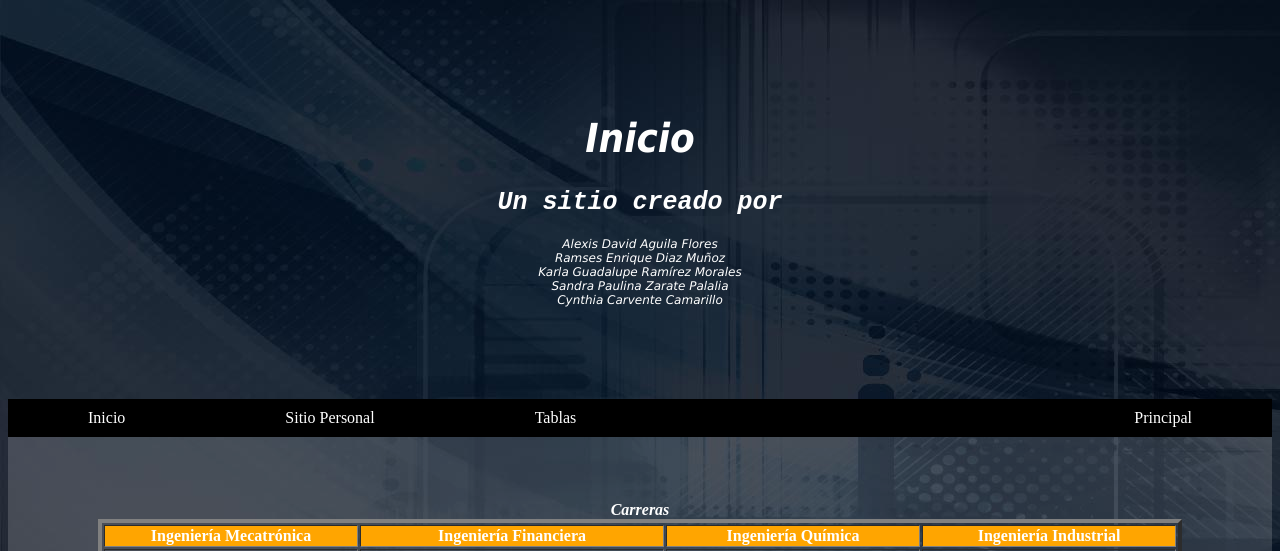
Repository: Dogueen/miniProyectoUniversidad
Page: miniProyecto/pages/inicio.html
The author's editor kept a copy of each file at every save. The page is drawn from the files as they stood at one save, then again after the next save.
The browser window is 1280 px wide. The pictures show the part of the page from y = 0 to 551 px (the page is 1902 px tall).
Pictures or frames that could not be fetched are drawn as grey boxes.

Above is the page before, as saved 2023-10-31 12:13:40.

### miniProyecto/pages/inicio.html
<!DOCTYPE html>
<html lang="es">

<head>
    <title>Inicio</title>
    <meta charset="UTF-8">
    <meta name="viewport" content="width=device-width, initial-scale=1">
    <link rel="stylesheet" type="text/css" href="../styles/inicio.css" />

    <style>
    </style>
</head>

<body>

    <div class="header">
        <h1>Inicio</h1>
        <h2> Un sitio creado por</h2>
        <dl>
            <dt>Alexis David Aguila Flores</dt>
            <dt>Ramses Enrique Diaz Muñoz</dt>
            <dt>Karla Guadalupe Ramírez Morales</dt>
            <dt>Sandra Paulina Zarate Palalia</dt>
            <dt>Cynthia Carvente Camarillo</dt>
        </dl>
    </div>

    <div class="navbar">
        <a href="inicio.html">Inicio</a>
        <a href="personal.html">Sitio Personal</a>
        <a href="tablas.html">Tablas</a>
        <a href="../principal.html" class="right">Principal</a>
    </div>

    <div class="row">
        <div class="side">
            <center>
                <p style="color: #fff;">
                    Visión: <br>
                    Nuestra visión en la Universidad Imaginaria es ser reconocida como líder en la promoción de <br>
                    la excelencia académica y la innovación en la enseñanza y la investigación. Buscamos <br>
                    inspirar a nuestros estudiantes a alcanzar su máximo potencial y contribuir al desarrollo de <br>
                    una sociedad globalmente competente y sostenible<br>
                    <br>
                    Misión: <br>
                    La misión de la Universidad Imaginaria es proporcionar una educación de calidad que <br>
                    fomente la formación integral de nuestros estudiantes. Nos comprometemos a cultivar el <br>
                    pensamiento crítico, la creatividad y el compromiso cívico. Además, impulsamos la <br>
                    investigación y la generación de conocimiento que contribuyan a resolver los desafíos <br>
                    contemporáneos y mejorar la calidad de vida.<br>
                    <br>
                    Carreras: <br>
                    En la Universidad Imaginaria, ofrecemos una amplia gama de carreras en diversas <br>
                    disciplinas. Esto incluye programas de pregrado y posgrado en ciencias, tecnologías y <br>
                    ingenierías Nuestra oferta académica incluye carreras como Ingeniería Mecatrónica, <br>
                    Ingeniería Financiera, Ingeniería Química, Ingeniería Industrial, Ingeniería en Biotecnología, <br>
                    Ingeniería en Tecnologías de la Información, Ingeniería en Sistemas Automotrices<br>
                    y maestrai en Ingeniería. Nuestro objetivo es preparar a <br>
                    nuestros estudiantes para sobresalir en sus campos de elección y contribuir de manera <br>
                    significativa a la sociedad.
                </p>
            </center>
        </div>
        <div class="main">
            <center>
                <div class="table-wrapper">
                    <table border="4">
                        <center>
                            <caption style="color: #fff;"><b><i>Carreras</i></b></caption>
                        </center>
                        <thead>
                            <tr style="background-color: orange; color: #fff;">
                                <th>Ingeniería Mecatrónica</th>
                                <th>Ingeniería Financiera</th>
                                <th>Ingeniería Química</th>
                                <th>Ingeniería Industrial</th>
                            </tr>
                        </thead>
                        <tbody>
                            <tr>
                                <center>
                                    <td> <img
                                            src="https://campusvirtual.uptlax.edu.mx/pluginfile.php/114070/block_cocoon_pills/slides/1/MEC.jpg"
                                            alt="descripcion de la imagen" width="250" height="250"></td>
                                </center>
                                <td> <img
                                        src="https://campusvirtual.uptlax.edu.mx/pluginfile.php/114070/block_cocoon_pills/slides/2/FIN.jpg"
                                        alt="descripcion de la imagen" width="300" height="250"></td>
                                <td> <img
                                        src="https://campusvirtual.uptlax.edu.mx/pluginfile.php/114070/block_cocoon_pills/slides/3/QUI.jpg"
                                        alt="descripcion de la imagen" width="250" height="250"></td>
                                <td> <img
                                        src="https://campusvirtual.uptlax.edu.mx/pluginfile.php/114070/block_cocoon_pills/slides/4/IND.jpg"
                                        alt="descripcion de la imagen" width="250" height="250"></td>
                            </tr>

                            <tr>
                                <center>
                                    <td> <img
                                            src="https://campusvirtual.uptlax.edu.mx/pluginfile.php/114070/block_cocoon_pills/slides/5/BIO.jpg"
                                            alt="descripcion de la imagen" width="250" height="250"></td>
                                    <td> <img
                                            src="https://campusvirtual.uptlax.edu.mx/pluginfile.php/114070/block_cocoon_pills/slides/6/TI.jpg"
                                            alt="descripcion de la imagen" width="300" height="250"></td>
                                    <td> <img
                                            src="https://campusvirtual.uptlax.edu.mx/pluginfile.php/114070/block_cocoon_pills/slides/7/AUT.jpg"
                                            alt="descripcion de la imagen" width="250" height="250"></td>
                                    <td> <img
                                            src="https://campusvirtual.uptlax.edu.mx/pluginfile.php/114070/block_cocoon_pills/slides/8/MTRIA.jpg"
                                            alt="descripcion de la imagen" width="250" height="250"></td>
                                </center>
                            </tr>
                        </tbody>
                        <tfoot>
                            <tr style="background-color: orange; color: #fff;">
                                <th>Ingeniería en Biotecnología</th>
                                <th>Ingeniería en Tecnologías de la Información</th>
                                <th>Ingeniería en Sistemas Automotrices</th>
                                <th>Maestria en Ingeniería</th>
                            </tr>
                        </tfoot>
                    </table>
                </div>
            </center>
            <center>
                <p style="color: #fff;">
                    Información Libre: <br>
                    En la Universidad Imaginaria, creemos en el acceso abierto a la información. Nuestra <br>
                    biblioteca es una fuente rica de recursos impresos y electrónicos que están disponibles para <br>
                    todos los estudiantes, profesores y personal. Además, promovemos la participación en <br>
                    conferencias, seminarios y charlas que enriquecen la experiencia académica y ofrecemos <br>
                    acceso a plataformas en línea donde los estudiantes pueden acceder a materiales <br>
                    educativos de calidad de forma gratuita. Fomentamos la investigación abierta y la <br>
                    colaboración académica para impulsar el crecimiento del conocimiento.
                </p>
            </center>
        </div>
    </div>


</body>

</html>

### miniProyecto/styles/inicio.css
body {
    background-image: url("../images/bg-img.jpg");
}

.header {
    padding: 80px;
    text-align: center;
    color: white;
}

.header h1 {
    font-size: 40px;
    font-style: italic;
    font-family: Tahoma;
}

.header h2 {
    font-size: 25px;
    font-style: italic;
    font-family: monospace;
}

.header dl {
    font-size: 12px;
    font-style: italic;
    font-family: Verdana, Geneva, Tahoma, sans-serif;
}

.navbar {
    overflow: hidden;
    background-color: #000000;
}

.navbar a {
    float: left;
    display: block;
    color: white;
    text-align: center;
    padding: 10px 80px;
    text-decoration: none;
}

.navbar a:hover {
    background-color: #ddd;
    color: black;
}

.navbar a.right {
    float: right;
}

* {
    box-sizing: content-box;
}

.row {
    display: flex;
    flex-wrap: wrap-reverse;
}

.side {
    flex: 30%;
    background-color: #f1f1f12a;
    padding: 5% 5%;
    text-align: left;
}

.main {
    flex: 70%;
    background-color: #f1f1f12a;
    padding: 5% 5%;
    text-align: right;
}

.table-wrapper {
    display: inline-block;
}

@media screen and (max-width: 700px) {
    .row {
        flex-direction: column-reverse;
    }
}

@media screen and (max-width: 400px) {
    .navbar a {
        float: none;
        width: 100%;
    }
}

After the next save:
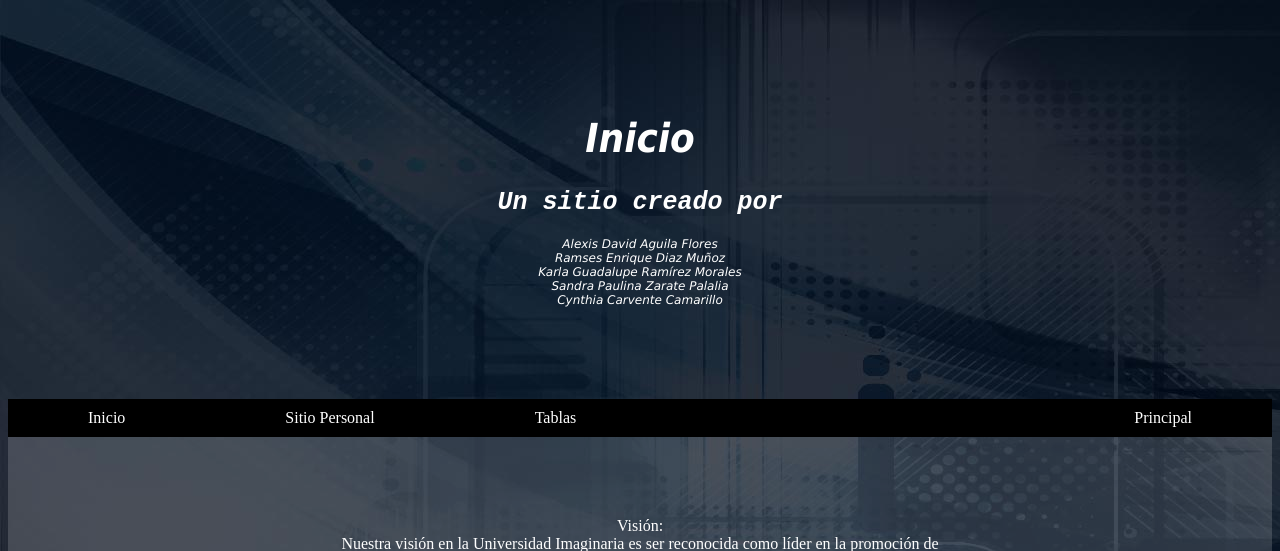
Saved 3 min 58 s later.
--- a/miniProyecto/styles/inicio.css
+++ b/miniProyecto/styles/inicio.css
@@ -55,7 +55,7 @@ body {
 
 .row {
     display: flex;
-    flex-wrap: wrap-reverse;
+    flex-wrap: wrap;
 }
 
 .side {
